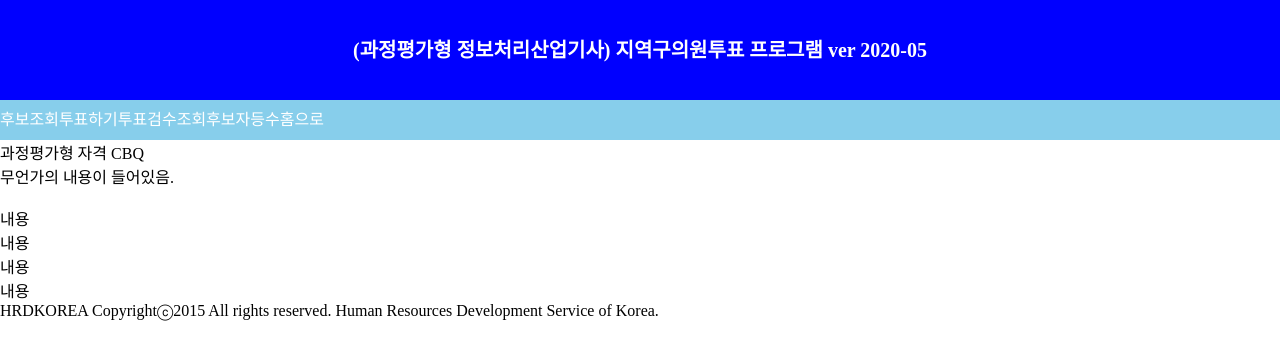
Repository: kayeunae/mvc-pattern
Page: http://localhost/VOTE_1234/
The author's editor kept a copy of each file at every save. The page is drawn from the files as they stood at one save, then again after the next save.
The browser window is 1280 px wide. The pictures show the whole page.
The page is served by Tomcat 9. Other server files are loaded and not shown.

Above is the page before, as saved 2022-12-21 05:10:14.

### VOTE_1234/src/main/webapp/index.jsp
<%@ page language="java" contentType="text/html; charset=UTF-8"
    pageEncoding="UTF-8"%>
<!DOCTYPE html>
<html>
<head>
<meta charset="UTF-8">
<title>Insert title here</title>
<link rel="stylesheet" href="style.css">
</head>
<body>
	<%@ include file="topmenu.jsp" %>
	<section>
		<p>과정평가형 자격 CBQ</p>
		<span>무언가의 내용이 들어있음.</span> <br />
		<br />
		<ul>
			<li>내용</li>
			<li>내용</li>
			<li>내용</li>
			<li>내용</li>
		</ul>
	</section>
	<%@ include file="footer.jsp" %>
</body>
</html>

### VOTE_1234/src/main/webapp/topmenu.jsp
<%@ page language="java" contentType="text/html; charset=UTF-8"
    pageEncoding="UTF-8"%>
<!DOCTYPE html>
<html>
<head>
<meta charset="UTF-8">
<title>Insert title here</title>
</head>
<body>
	<header>(과정평가형 정보처리산업기사) 지역구의원투표 프로그램 ver 2020-05</header>
	<nav>
		<ul>
			<li><a href="member">후보조회</a></li>
			<li><a href="vote">투표하기</a></li>
			<li><a href="view">투표검수조회</a></li>
			<li><a href="result">후보자등수</a></li>
			<li><a href="home">홈으로</a></li>
		</ul>
	</nav>
</body>
</html>

### VOTE_1234/src/main/webapp/footer.jsp
<%@ page language="java" contentType="text/html; charset=UTF-8"
    pageEncoding="UTF-8"%>
<!DOCTYPE html>
<html>
<head>
<meta charset="UTF-8">
<title>Insert title here</title>
</head>
<body>
	<footer>
	HRDKOREA Copyrightⓒ2015 All rights reserved. Human Resources Development Service of Korea.
	</footer>

</body>
</html>

### VOTE_1234/src/main/webapp/style.css
@charset "UTF-8";

/*초기화 코드*/
* {
margin: 0;
padding: 0;
}

/*topmenu.jsp*/
header {
	top: 0;
	height: 100px;
	line-height: 100px;
	width: 100%;
	background: blue;
	text-align: center;
	font-size: 20px;
	font-weight: 900;
	color: white;
}

nav ul {
	height: 40px;
	line-height: 40px;
	width: 100%;
	background: skyblue;
	/*overflow: hidden;*/
}

nav ul li {
	list-style: none;
	float: left;
}

a {
	text-decoration: none;
	color: white;
}

After the next save:
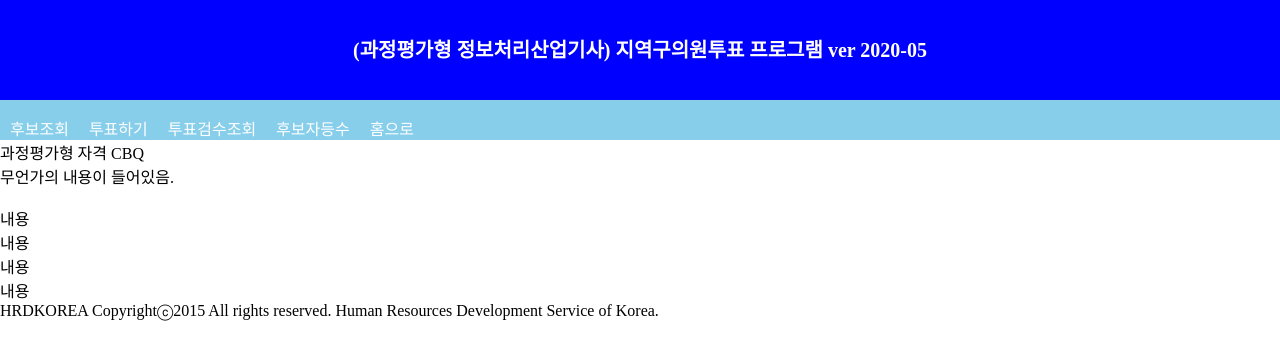
Saved 49 s later.
--- a/VOTE_1234/src/main/webapp/style.css
+++ b/VOTE_1234/src/main/webapp/style.css
@@ -24,12 +24,13 @@
 	line-height: 40px;
 	width: 100%;
 	background: skyblue;
-	/*overflow: hidden;*/
+	overflow: hidden;
 }
 
 nav ul li {
 	list-style: none;
 	float: left;
+	padding: 10px;
 }
 
 a {
